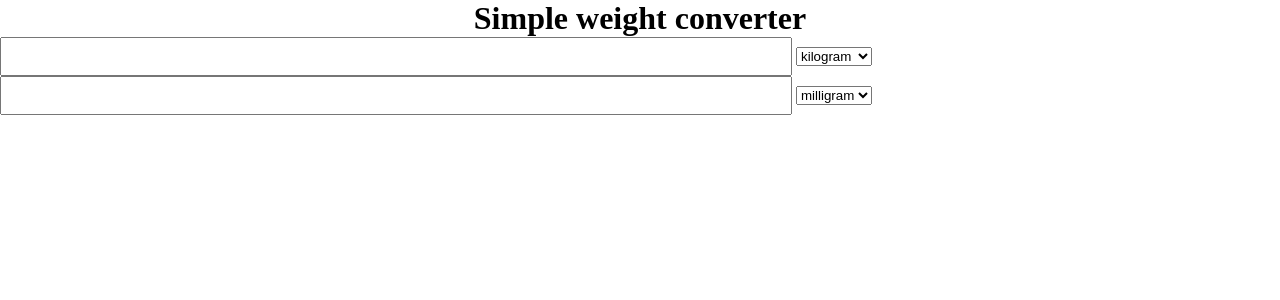
Repository: Eugene44-hub/weight-converter
Page: index.html
The author's editor kept a copy of each file at every save. The page is drawn from the files as they stood at one save, then again after the next save.
The browser window is 1280 px wide. The pictures show the whole page.

Above is the page before, as saved 2021-09-20 04:38:25.

### index.html
<!DOCTYPE html>
<html lang="en">

<head>
    <meta charset="UTF-8">
    <meta http-equiv="X-UA-Compatible" content="IE=edge">
    <meta name="viewport" content="width=device-width, initial-scale=1.0">
    <link rel="stylesheet" href="style.css">
    <title>Document</title>
</head>

<body>

    <h1>Simple weight converter</h1>
    <input type="number" id="typed">
    <select name="" id="in-weight">
      <option value="kg">kilogram</option>
      <option value="ou">ounce</option>
      <option value="mg">milligram</option>
    </select>
    <input type="number" id="output">
    <select name="" id="out-weight">
      <option value="mg">milligram</option>
      <option value="ou">ounce</option>
      <option value="kg">kilogram</option>
    </select>
    <script src="app.js"></script>
</body>

</html>

### style.css
* {
    padding: 0;
    margin: 0;
}

input {
    width: 60%;
    padding: 10px;
}

h1 {
    text-align: center;
}

### app.js
let typed = document.querySelector('#typed');
let output = document.querySelector('#output');
let select = document.querySelector('#in-weight');
let select2 = document.querySelector('#out-weight');

function selectTwo(val) {
    select2.addEventListener('change', e => {
        if (select2.value === 'mg' && select.value === 'kg') {
            output.value = val * Math.pow(10, 6)
        } else if (select2.value === "ou" && select.value === 'mg') {
            output.value = val * 0.000035274
        } else if (select2.value === "ou" && select.value === 'kg') {
            output.value = val * 35.274
        } else if (select2.value === "kg" && select.value === 'ou') {
            output.value = val / 35.274
        } else if (select2.value === "mg" && select.value === 'ou') {
            output.value = val / 0.000035274
        } else if (select2.value === "kg" && select.value === 'mg') {
            output.value = val / Math.pow(10, 6)
        } else {
            output.value = typed.value
        }

    })
}

function selectOne(val) {
    select.addEventListener('change', e => {

        if (select2.value === 'mg' && select.value === 'kg') {
            typed.value = val / Math.pow(10, 6)
        } else if (select2.value === "mg" && select.value === 'ou') {
            typed.value = val * 0.000035274
        } else if (select2.value === "ou" && select.value === 'kg') {
            typed.value = val / 35.274
        } else if (select2.value === "kg" && select.value === 'ou') {
            typed.value = val * 35.274
        } else if (select2.value === "ou" && select.value === 'mg') {
            typed.value = val / 0.000035274
        } else if (select2.value === "kg" && select.value === 'mg') {
            typed.value = val * Math.pow(10, 6)
        } else { typed.value = output.value }
    })
}


typed.addEventListener('input',
    e => {

        if (select2.value === 'mg' && select.value === 'kg') {
            output.value = Number(e.target.value) * Math.pow(10, 6)
        } else if (select2.value === "ou" && select.value === 'mg') {
            output.value = Number(e.target.value) * 0.000035274
        } else if (select2.value === "ou" && select.value === 'kg') {
            output.value = Number(e.target.value) * 35.274
        } else if (select2.value === "kg" && select.value === 'ou') {
            output.value = Number(e.target.value) / 35.274
        } else if (select2.value === "mg" && select.value === 'ou') {
            output.value = Number(e.target.value) / 0.000035274
        } else if (select2.value === "kg" && select.value === 'mg') {
            output.value = Number(e.target.value) / Math.pow(10, 6)
        } else {
            output.value = typed.value
        }
        selectTwo(Number(e.target.value))
    })

output.addEventListener('input',
    e => {
        if (select2.value === 'mg' && select.value === 'kg') {
            typed.value = Number(e.target.value) / Math.pow(10, 6)
        } else if (select2.value === "mg" && select.value === 'ou') {
            typed.value = Number(e.target.value) * 0.000035274
        } else if (select2.value === "ou" && select.value === 'kg') {
            typed.value = Number(e.target.value) / 35.274
        } else if (select2.value === "kg" && select.value === 'ou') {
            typed.value = Number(e.target.value) * 35.274
        } else if (select2.value === "ou" && select.value === 'mg') {
            typed.value = Number(e.target.value) / 0.000035274
        } else if (select2.value === "kg" && select.value === 'mg') {
            typed.value = Number(e.target.value) * Math.pow(10, 6)
        } else { typed.value = output.value }
        selectOne(Number(e.target.value))
    })

After the next save:
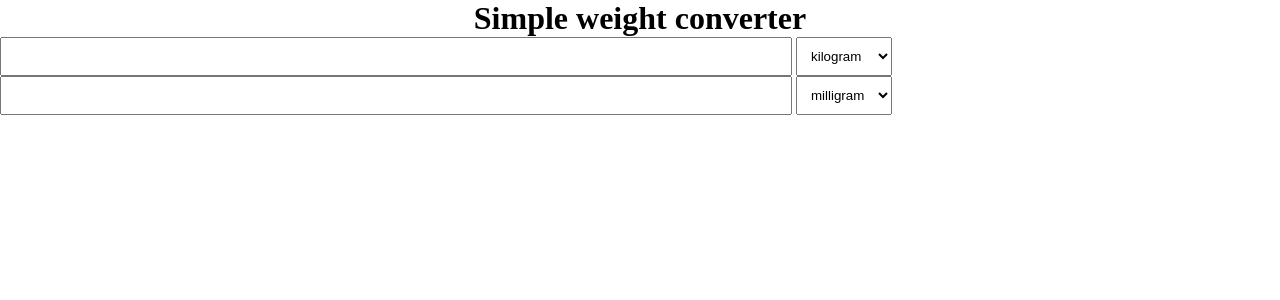
Saved 36 s later.
--- a/style.css
+++ b/style.css
@@ -11,3 +11,7 @@ input {
 h1 {
     text-align: center;
 }
+
+select {
+    padding: 10px;
+}
